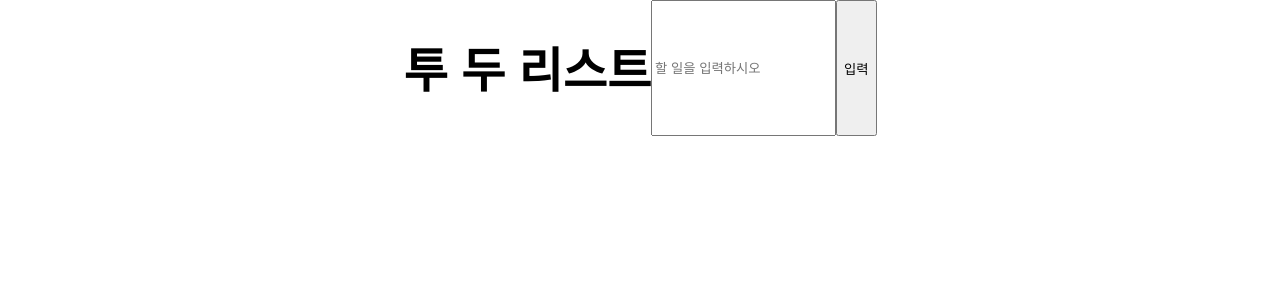
Repository: jun01270/Todo-List_React
Page: /
The author's editor kept a copy of each file at every save. The page is drawn from the files as they stood at one save, then again after the next save.
The browser window is 1280 px wide. The pictures show the whole page.
The project was rebuilt for these pictures with package versions that can differ from the ones it lists, and the page was loaded fresh each time.

Above is the page before, as saved 2023-01-02 17:19:22.

After the next save:
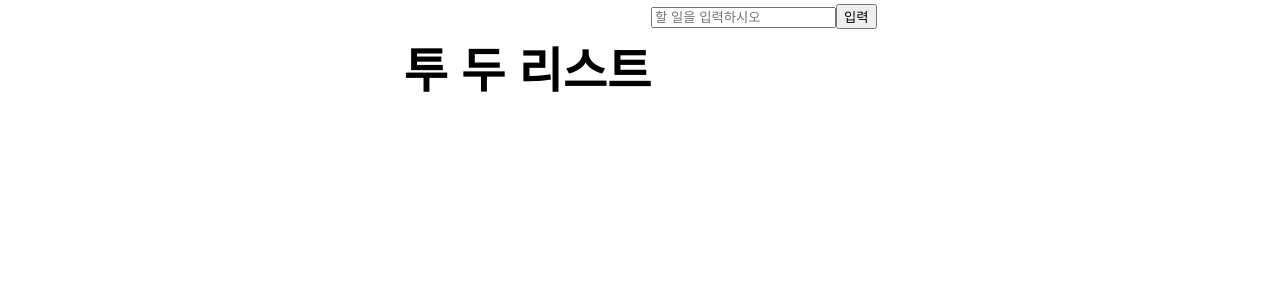
Saved 16 s later.
--- a/src/todo.js
+++ b/src/todo.js
@@ -5,8 +5,10 @@ function Todo() {
   return (
     <div id="todo">
       <h1>투 두 리스트</h1>
-      <input type="text" placeholder="할 일을 입력하시오"></input>
-      <button>입력</button>
+      <div>
+        <input type="text" placeholder="할 일을 입력하시오"></input>
+        <button>입력</button>
+      </div>
     </div>
   );
 }
